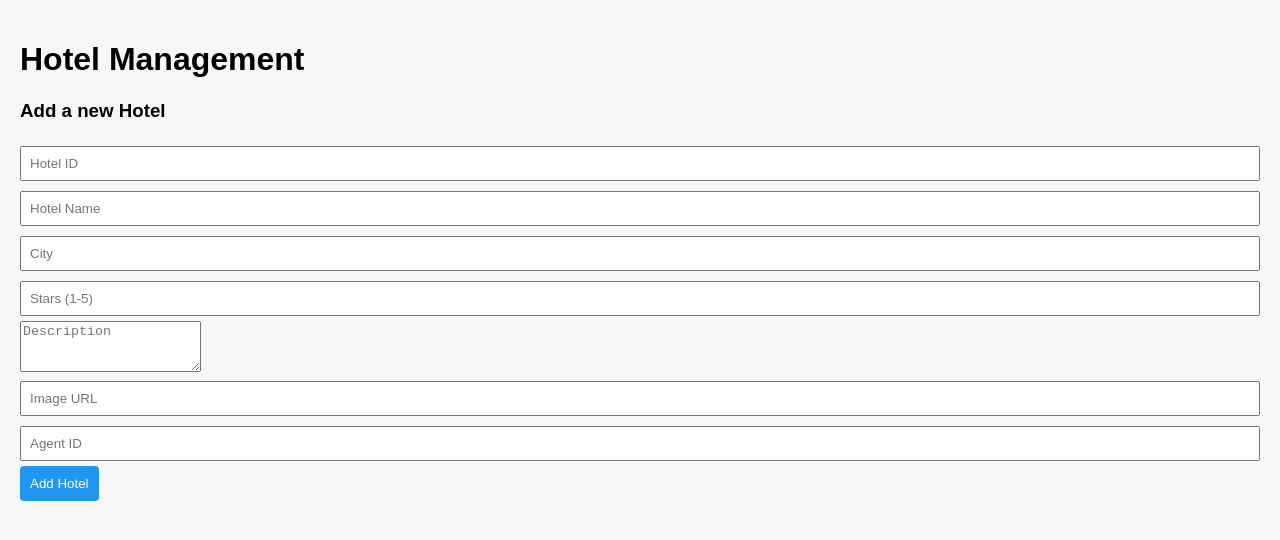
Repository: Trikisalem/examentp_jakarta
Page: http://localhost/hotel/admin/addhotel.jsp
The author's editor kept a copy of each file at every save. The page is drawn from the files as they stood at one save, then again after the next save.
The browser window is 1280 px wide. The pictures show the whole page.
The page is served by Tomcat 10. Nobody is signed in. The application's start-up code is not run.

Above is the page before, as saved 2024-12-17 11:05:47.

After the next save:
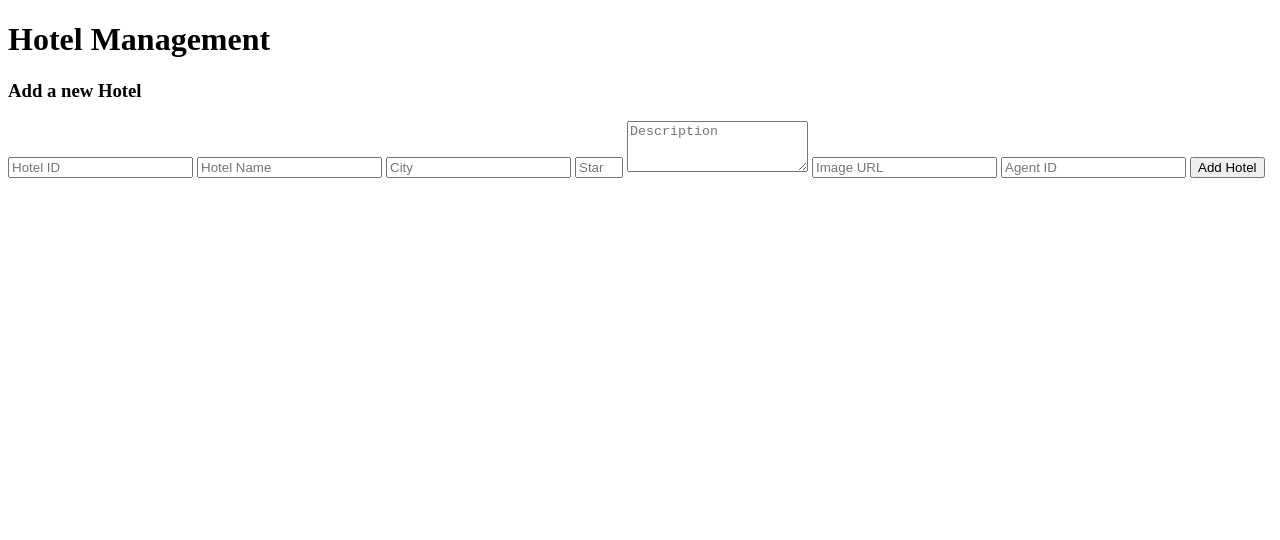
Saved 78 s later.
--- a/hotel/src/main/webapp/admin/addhotel.jsp
+++ b/hotel/src/main/webapp/admin/addhotel.jsp
@@ -1,73 +1,12 @@
 <%@ page language="java" contentType="text/html; charset=UTF-8" pageEncoding="UTF-8"%>
 <%@ page import="java.sql.*" %>
+<%@ page import="java.io.*" %>
 <!DOCTYPE html>
 <html lang="en">
 <head>
     <meta charset="UTF-8">
     <meta name="viewport" content="width=device-width, initial-scale=1.0">
     <title>Hotel Management</title>
-    <style>
-        body {
-            font-family: 'Arial', sans-serif;
-            background-color: #f7f7f7;
-            margin: 0;
-            padding: 20px;
-        }
-        table {
-            width: 100%;
-            border-collapse: collapse;
-            margin: 20px 0;
-        }
-        th, td {
-            padding: 10px;
-            text-align: left;
-            border: 1px solid #ddd;
-        }
-        th {
-            background-color: #2196F3;
-            color: white;
-        }
-        .btn {
-            padding: 8px 12px;
-            background-color: #2196F3;
-            color: white;
-            text-decoration: none;
-            border-radius: 4px;
-            margin-right: 5px;
-        }
-        .btn:hover {
-            background-color: #0b7dda;
-        }
-        .form-container {
-            margin: 20px 0;
-        }
-        .form-container input {
-            margin: 5px 0;
-            padding: 8px;
-            width: 100%;
-            box-sizing: border-box;
-        }
-        .form-container button {
-            background-color: #2196F3;
-            color: white;
-            padding: 10px;
-            border: none;
-            border-radius: 4px;
-            cursor: pointer;
-        }
-        .form-container button:hover {
-            background-color: #0b7dda;
-        }
-    </style>
-    <script>
-        function showAlert(message) {
-            alert(message);
-        }
-
-        function redirectToHotelPage() {
-            window.location.href = "hotel.jsp";
-        }
-    </script>
 </head>
 <body>
 
@@ -75,16 +14,15 @@
 
 <!-- Formulaire pour ajouter un hôtel -->
 <div class="form-container">
-    <form method="post" action="addhotel.jsp">
+    <form method="post" action="addHotel.jsp">
         <h3>Add a new Hotel</h3>
-        <input type="number" name="id" placeholder="Hotel ID" required> <!-- Nouveau champ ID -->
+        <input type="number" name="id" placeholder="Hotel ID" required>
         <input type="text" name="name" placeholder="Hotel Name" required>
         <input type="text" name="city" placeholder="City" required>
         <input type="number" name="stars" placeholder="Stars (1-5)" min="1" max="5" required>
         <textarea name="description" placeholder="Description" rows="3" required></textarea>
         <input type="text" name="image" placeholder="Image URL" required>
         <input type="number" name="agent_id" placeholder="Agent ID">
-
         <button type="submit">Add Hotel</button>
     </form>
 </div>
@@ -130,7 +68,7 @@
 
             int result = stmt.executeUpdate();
             if (result > 0) {
-                out.println("<script>showAlert('Hotel added successfully!');</script>");
+                response.sendRedirect("hotel.jsp");  // Redirection vers hotel.jsp
             } else {
                 out.println("<p>Error adding hotel.</p>");
             }

After the save that followed:
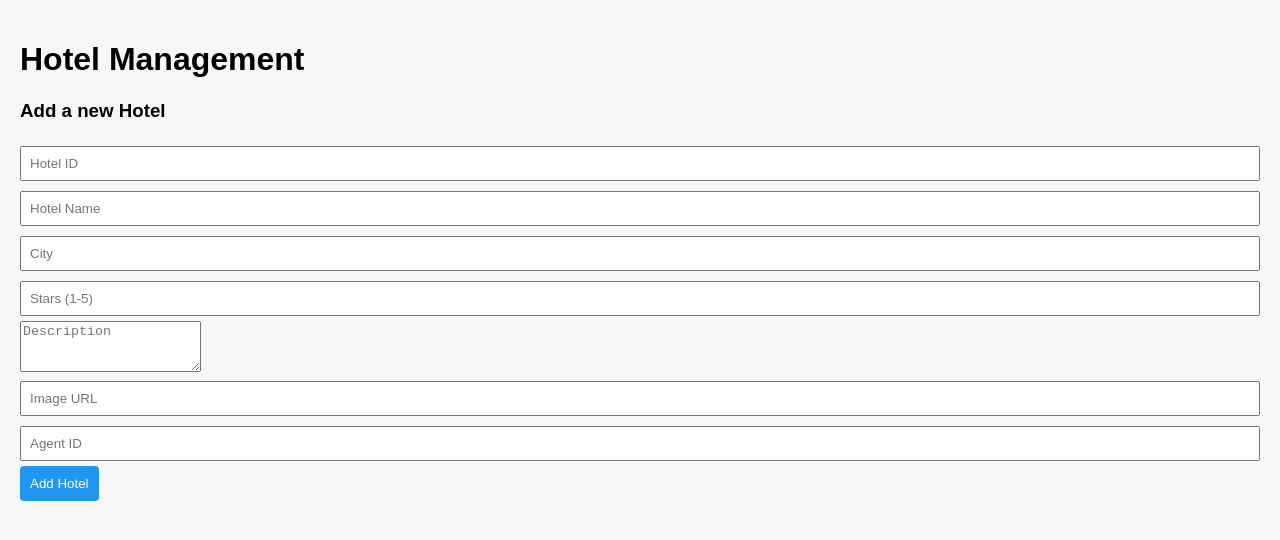
Saved 42 s later.
--- a/hotel/src/main/webapp/admin/addhotel.jsp
+++ b/hotel/src/main/webapp/admin/addhotel.jsp
@@ -1,12 +1,73 @@
 <%@ page language="java" contentType="text/html; charset=UTF-8" pageEncoding="UTF-8"%>
 <%@ page import="java.sql.*" %>
-<%@ page import="java.io.*" %>
 <!DOCTYPE html>
 <html lang="en">
 <head>
     <meta charset="UTF-8">
     <meta name="viewport" content="width=device-width, initial-scale=1.0">
     <title>Hotel Management</title>
+    <style>
+        body {
+            font-family: 'Arial', sans-serif;
+            background-color: #f7f7f7;
+            margin: 0;
+            padding: 20px;
+        }
+        table {
+            width: 100%;
+            border-collapse: collapse;
+            margin: 20px 0;
+        }
+        th, td {
+            padding: 10px;
+            text-align: left;
+            border: 1px solid #ddd;
+        }
+        th {
+            background-color: #2196F3;
+            color: white;
+        }
+        .btn {
+            padding: 8px 12px;
+            background-color: #2196F3;
+            color: white;
+            text-decoration: none;
+            border-radius: 4px;
+            margin-right: 5px;
+        }
+        .btn:hover {
+            background-color: #0b7dda;
+        }
+        .form-container {
+            margin: 20px 0;
+        }
+        .form-container input {
+            margin: 5px 0;
+            padding: 8px;
+            width: 100%;
+            box-sizing: border-box;
+        }
+        .form-container button {
+            background-color: #2196F3;
+            color: white;
+            padding: 10px;
+            border: none;
+            border-radius: 4px;
+            cursor: pointer;
+        }
+        .form-container button:hover {
+            background-color: #0b7dda;
+        }
+    </style>
+    <script>
+        function showAlert(message) {
+            alert(message);
+        }
+
+        function redirectToHotelPage() {
+            window.location.href = "hotel.jsp";
+        }
+    </script>
 </head>
 <body>
 
@@ -14,15 +75,16 @@
 
 <!-- Formulaire pour ajouter un hôtel -->
 <div class="form-container">
-    <form method="post" action="addHotel.jsp">
+    <form method="post" action="addhotel.jsp">
         <h3>Add a new Hotel</h3>
-        <input type="number" name="id" placeholder="Hotel ID" required>
+        <input type="number" name="id" placeholder="Hotel ID" required> <!-- Nouveau champ ID -->
         <input type="text" name="name" placeholder="Hotel Name" required>
         <input type="text" name="city" placeholder="City" required>
         <input type="number" name="stars" placeholder="Stars (1-5)" min="1" max="5" required>
         <textarea name="description" placeholder="Description" rows="3" required></textarea>
         <input type="text" name="image" placeholder="Image URL" required>
         <input type="number" name="agent_id" placeholder="Agent ID">
+
         <button type="submit">Add Hotel</button>
     </form>
 </div>
@@ -68,7 +130,7 @@
 
             int result = stmt.executeUpdate();
             if (result > 0) {
-                response.sendRedirect("hotel.jsp");  // Redirection vers hotel.jsp
+                out.println("<script>showAlert('Hotel added successfully!');</script>");
             } else {
                 out.println("<p>Error adding hotel.</p>");
             }
